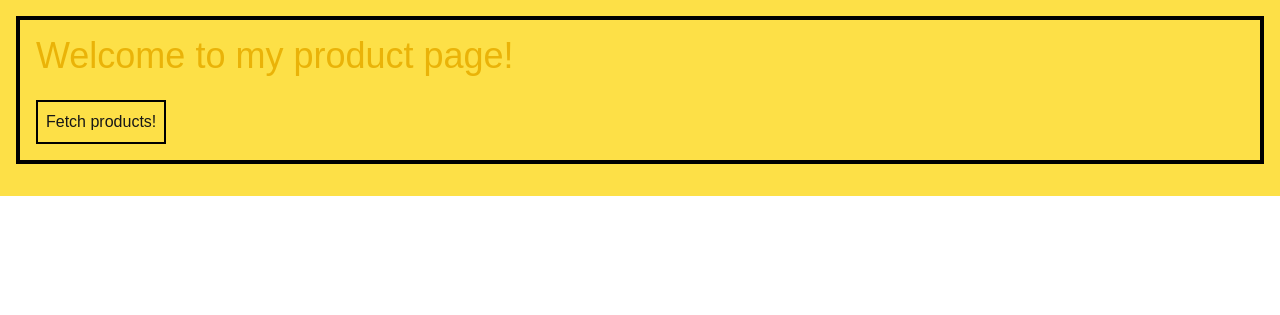
Repository: SamanthaYan298/MDIA-3126-Weds
Page: /api (app in webapp/)
The author's editor kept a copy of each file at every save. The page is drawn from the files as they stood at one save, then again after the next save.
The browser window is 1280 px wide. The pictures show the whole page.
The project was rebuilt for these pictures with package versions that can differ from the ones it lists, and the page was loaded fresh each time. The framework's server and built-in components were replaced by stand-ins that run in the browser. Also part of the build but not shown: webapp/next.config.mjs.

Above is the page before, as saved 2024-10-09 13:08:04.

### webapp/src/app/api/page.js
import Image from "next/image";

export default function Page() {
// to-do list
// x create a product page
// x create a header
// x create a button the request data
// 4 request data
// 5 store the data in my state (react state)
// 6 output the data

    const ProductList = () => {
        return (
            <div className="border-4 border-black p-4 mb-4">
                products will go here when we get data!
            </div>
        )
    }

    return (
        <div className="bg-yellow-300 p-4">
            <header className="border-4 border-black p-4 mb-4">
                <h1 className="text-4xl mb-6 text-yellow-500">Welcome to my product page!</h1>
                <button className="border-black border-2 p-2">
                    Fetch products!
                </button>
            </header>
        </div>
    )
}

Loaded but not shown: webapp/src/app/layout.js (common file); webapp/src/app/globals.css (common file); webapp/tailwind.config.js (common file)

After the next save:
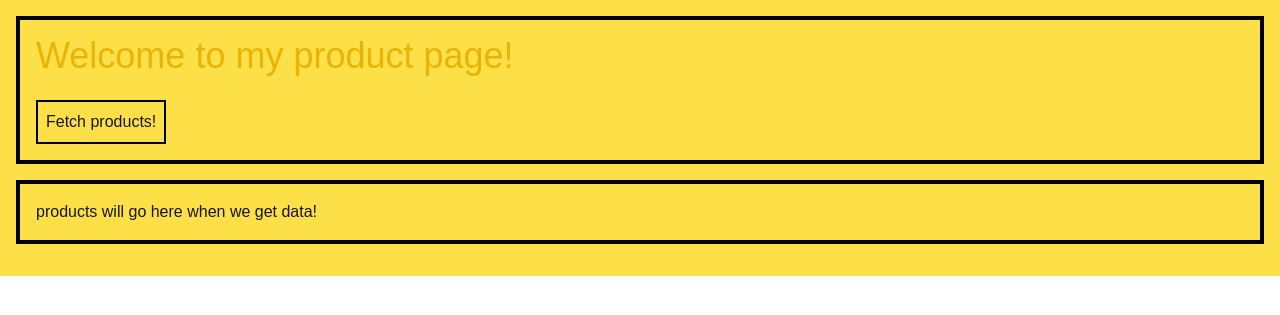
Saved 30 s later.
--- a/webapp/src/app/api/page.js
+++ b/webapp/src/app/api/page.js
@@ -25,6 +25,7 @@ export default function Page() {
                     Fetch products!
                 </button>
             </header>
+            <ProductList />
         </div>
     )
 }
